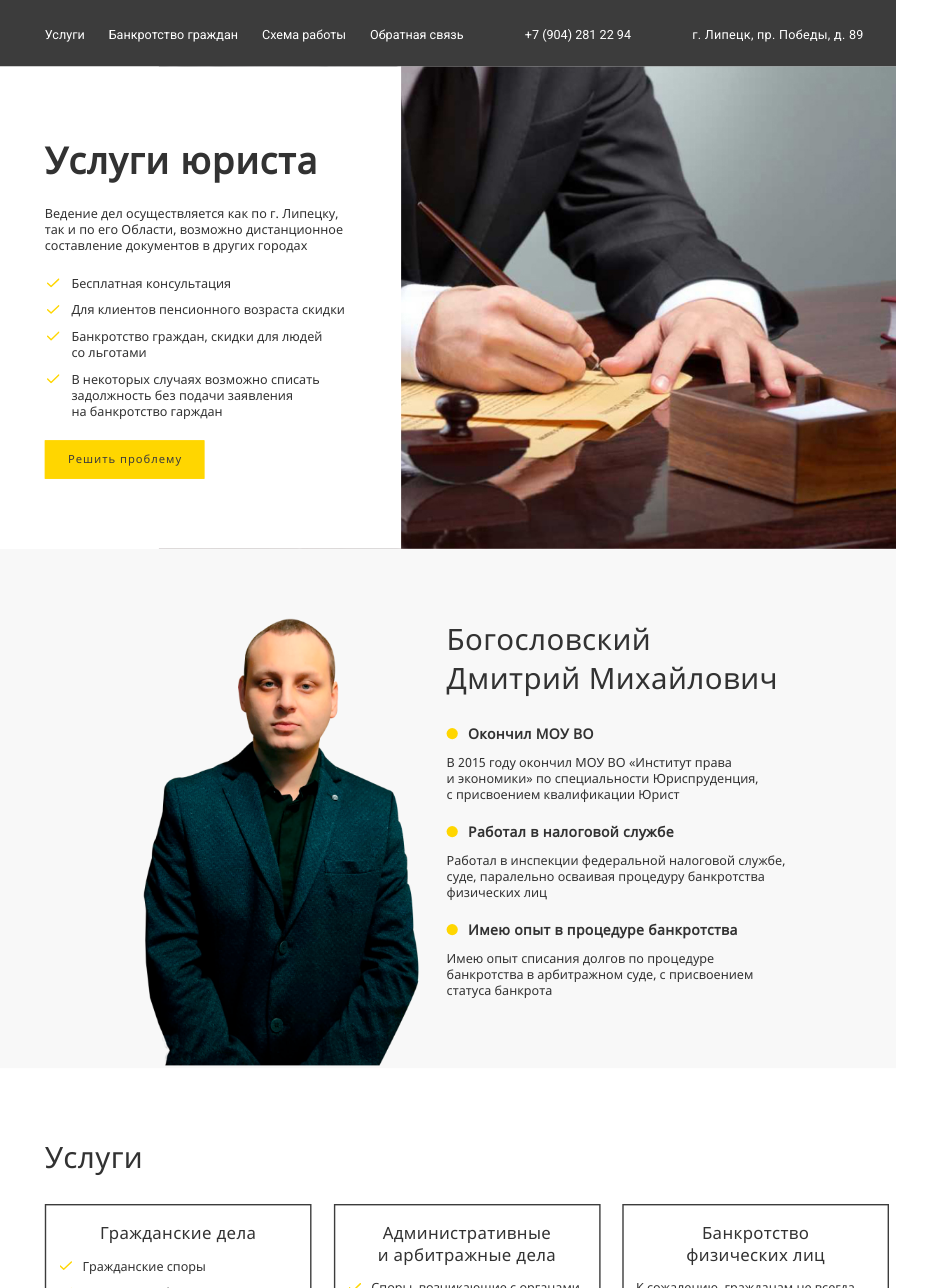
Repository: Nisovaki/antei
Page: http://localhost/
The author's editor kept a copy of each file at every save. The page is drawn from the files as they stood at one save, then again after the next save.
The browser window is 1280 px wide. The page is 1337 px wide, so the pictures cover 1337 px, including what lies to the right of the window. The pictures show the part of the page from y = 0 to 1840 px (the page is 6209 px tall before and 6197 px after), at 70% of full size.
The page is run by PHP 8.4 with error messages shown; the project is at /var/www/html/. Style sheets and scripts are compiled from the project's sources, by tool versions that may differ from the author's.

Above is the page before, as saved 2022-03-23 16:55:23.
Console error: SyntaxError: Invalid or unexpected token

### index.html
<!DOCTYPE html>
<html lang="ru">
<head>
	<meta charset="UTF-8">
	<meta http-equiv="X-UA-Compatible" content="IE=edge">
	<meta name="viewport" content="width=1440"/>
	<link rel="stylesheet" href="css/style.css">
	<link rel="preconnect" href="https://fonts.googleapis.com">
	<link rel="preconnect" href="https://fonts.gstatic.com" crossorigin>
	<link href="https://fonts.googleapis.com/css2?family=Roboto&display=swap" rel="stylesheet">
	<title>Услуги юриста</title>
</head>
<body>
	<navbar class="navbar">
		<div class="container">
			<div class="navbar-block">
				<ul class="navbar-list">
					<li class="navbar-item"><a href="#" class="navbar-link"><a href="#header-anchor">Услуги</a></li>
					<li class="navbar-item"><a href="#" class="navbar-link"><a href="#smash-anchor">Банкротство граждан</a></li>
					<li class="navbar-item"><a href="#" class="navbar-link"><a href="#scheme-anchor">Схема работы</a></li>
					<li class="navbar-item"><a href="#" class="navbar-link"><a href="#feedback-anchor">Обратная связь</a></li>
				</ul>
				<div class="navbar-tel"><a href="tel:+79042812294" class="navbar-link">+7 (904) 281 22 94</a></div>
				<div class="navbar-address">г. Липецк, пр. Победы, д. 89</div>
			</div>
   </div>
	</navbar>

	<header class="header" id="header-anchor">
		<div class="container">
			<div class="header-block">
				<h1 class="header-block__title">Услуги юриста</h1>
				<div class="header-block__text">
					Ведение дел осуществляется как по г. Липецку, так и по его Области, возможно дистанционное составление документов
					в других городах
				</div>

				<ul class="header-block__list">
					<li class="icons header-block__item"><span class="icons__check"> Бесплатная консультация</span></li>
					<li class="icons header-block__item"><span class="icons__check"> Для клиентов пенсионного возраста скидки</span></li>
					<li class="icons header-block__item"><span class="icons__check"> Банкротство граждан, скидки для людей со&nbsp;льготами</span></li>
					<li class="icons header-block__item"><span class="icons__check"> В некоторых случаях возможно списать задолжность без подачи заявления на&nbsp;банкротство гарждан</span></li>
				</ul>

				<button class="button header__button interactivity">Решить проблему</button>
			</div>
		</div>
	</header>

	<section class="biography">
		<div class="container">
			<div class="author">
				<div class="author-img">
					<img src="img/biography/author.png" alt="Фотография: Богословский Дмитрий Михайлович" class="biography-author">
				</div>
				<div class="author-block">
					<h2 class="title biography-title">Богословский Дмитрий Михайлович</h2>
					<div class="biography-block">
						<div class="biography-subtitle"><span class="biography-subtitle__elipse"></span> Окончил МОУ ВО</div>
						<div class="biography-text">В 2015 году окончил МОУ ВО «Институт правa<br>и экономики» по специальности Юриспруденция,<br> с
							присвоением квалификации Юрист</div>
						<div class="biography-subtitle"><span class="biography-subtitle__elipse"></span> Работал в налоговой службе</div>
						<div class="biography-text">Работал в инспекции федеральной налоговой службе, суде, паралельно осваивая процедуру
							банкротства физических лиц</div>
						<div class="biography-subtitle"><span class="biography-subtitle__elipse"></span> Имею опыт в процедуре банкротства
						</div>
						<div class="biography-text">Имею опыт списания долгов по процедуре банкротства в арбитражном суде, с присвоением
							статуса банкрота</div>
					</div>
				</div>
			</div>
		</div>
	</section>

	<section class="services">
		<div class="container">
			<h2 class="title services__title">Услуги</h2>
			<div class="services-block">
				<div class="services-block__item">
					<h3 class="services-block__title">Гражданские дела</h3>
					<ul class="services-block__list">
						<li class="icons services-block__cell">Гражданские споры</li>
						<li class="icons services-block__cell">Банкротство физических лиц</li>
						<li class="icons services-block__cell">Жилищные и трудовые споры</li>
						<li class="icons services-block__cell">Споры по кредитам частичное списание (индивидуально)</li>
						<li class="icons services-block__cell">Страховые вопросы</li>
						<li class="icons services-block__cell">Возмещение морального вреда, (составление претензий, жалоб, исковых заявлений, представительство в суде)</li>
					</ul>
				</div>

				<div class="services-block__item">
					<h3 class="services-block__title">Административные и&nbsp;арбитражные дела</h3>
					<ul class="services-block__list">
						<li class="icons services-block__cell">Споры, возникающие с органами испольнительной власти</li>
						<li class="icons services-block__cell">Досудебный порядок регулирования</li>
						<li class="icons services-block__cell">Составление претензий, жалоб, искового заявления</li>
						<li class="icons services-block__cell">Ознакомление с материалами дела</li>
						<li class="icons services-block__cell">Представительство в судах</li>
					</ul>
				</div>

				<div class="services-block__item">
					<h3 class="services-block__title">Банкротство физических лиц</h3>
					<p class="services-block__text">К сожалению, гражданам не всегда удаётся своевременно погасить образовавшиеся задолженности<br> по многим причинам — потеря<br>
					работы, заболевание, требующее срочного лечения и т.д., однако<br> выход есть всегда, это Банкротство физичсекого лица</p>
					<a href="#smash-anchor" class="services-block__link">Узнать подробнее
						<img src="img/services/arrow.svg" alt="стрелка" class="services-block__img-1">
						<img src="img/services/arrow.svg" alt="стрелка" class="services-block__img-2">
					</a>
				</div>
			</div>
			<div class="services__wrapper">
				<button class="button services__button interactivity">Обратиться за помощью</button>
			</div>
		</div>
	</section>

	<section class="algorithm">
		<div class="container">
			<div class="algorithm-block">
				<div class="algorithm-block__item-1">
					<h2 class="title algorithm-block__title">Наш алгоритм действий</h2>
					<ol class="algorithm-block__list">
						<li class="algorithm-block__cell algorithm-block__cell-color"><div class="algorithm-block__element"></div> Изучение дела</li>
						<li class="algorithm-block__cell"><div class="algorithm-block__element"></div> Выработка стратегии</li>
						<li class="algorithm-block__cell"><div class="algorithm-block__element"></div> Претензионная работа</li>
						<li class="algorithm-block__cell"><div class="algorithm-block__element"></div> Подготовка пиьменной позиции</li>
						<li class="algorithm-block__cell"><div class="algorithm-block__element"></div> Наложение обеспечительных мер</li>
						<li class="algorithm-block__cell"><div class="algorithm-block__element"></div> Сбор доказательств</li>
						<li class="algorithm-block__cell"><div class="algorithm-block__element"></div> Представление интересов клиента в суде</li>
						<li class="algorithm-block__cell"> В случае обжалования решения суда первой инстанции — подготовка апелляционной и&nbsp;кассационной жалобы</li>
					</ol>
				</div>
				<div class="algorithm-block__item-2"><img src="img/algorithm/algorithm-img.jpg" alt="img: algorithm-block__img" class="algorithm-block__img"></div>
			</div>
		</div>
	</section>

	<section class="smash"  id="smash-anchor">
		<div class="container">
			<h2 class="title smash__title">Банкротство граждан</h2>
			<p class="smash__text">Это прозрачный и законный способ списания долгов (кредитов, займов, микрозаймов, долговых расписок) для гражданина,
			который регулируется Федеральным законом «О несостоятельности (банкротстве)»<br> от 26.10.2002 N 127-ФЗ (последняя редакция)</p>

			<div class="smash-wrapper">
				<div class="smash-wrapper__item smash-wrapper__item--indent-1">
					<div class="smash-wrapper__num">1</div>
					<div class="smash-wrapper__title">Консультация</div>
					<div class="smash-wrapper__text">Квалифицированные специалисты с многолетним опытом, помогают клиенту соориентироваться необходима ли для него процедура
					банкротства, каковы плюсы и минусы, есть ли ограничения,<br>каков предполагаемый результат на стадии<br> анализа.
  					</div>
				</div>

				<div class="smash-arrow__right"><img src="img/smash/arrow_right.svg" alt="arrow_right"></div>

				<div class="smash-wrapper__item smash-wrapper__item--indent-2">
					<div class="smash-wrapper__num">2</div>
					<div class="smash-wrapper__title">Составление перечьня докуметов</div>
					<div class="smash-wrapper__text">Составление необходимого перечьня документов, при необходимости восстановления справок, договоров, для предоставления
					юристу, при составлении Заявление о признании должника несостоятельным (банкротом), с пошаговым объяснением клиенту, для
					чего тот или иной абзац.
					</div>
				</div>

				<div class="smash-arrow__bottom"><img src="img/smash/arrow_bottom .svg" alt="arrow_bottom"></div>

				<div class="smash-wrapper__item smash-wrapper__item--indent-3">
					<div class="smash-wrapper__num">3</div>
					<div class="smash-wrapper__title">Подача заявления</div>
					<div class="smash-wrapper__text">Подача заявления в Арбитражный суд и представительство его интересов в суде по<br> данному делу, процедура списания долгов,
					при которой можно вздохнуть спокойно и<br> наслаждаться жизнью.
					</div>
				</div>
			</div>
			<!-- /.smash-wrapper -->
		</div>
		<!-- /. container -->
	</section>

	<section class="scheme" id="scheme-anchor">
		<div class="container">
			<h2 class="title scheme__title">Схема работы</h2>
			<div class="scheme-wrapper">
				<div class="scheme-wrapper__item">
					<div class="scheme-wrapper--dotted-1"></div>
					<div class="scheme-wrapper__num scheme-wrapper__num--color">1</div>
					<p class="scheme-wrapper__text">Оставьте заявку <br>или позвоните по номеру телефона</p>
				</div>
				<!-- /.scheme-wrapper__item -->
				<div class="scheme-wrapper__item">
					<div class="scheme-wrapper--dotted-2"></div>
					<div class="scheme-wrapper__num scheme-wrapper__num-2">2</div>
					<p class="scheme-wrapper__text">Бесплатно изучаю <br>ваши документы</p>
				</div>
				<!-- /.scheme-wrapper__item -->
				<div class="scheme-wrapper__item">
					<div class="scheme-wrapper--dotted-3"></div>
					<div class="scheme-wrapper__num scheme-wrapper__num-3">3</div>
					<p class="scheme-wrapper__text">Оцениваю ситуацию<br> и называю стоимость услуг</p>
				</div>
				<!-- /.scheme-wrapper__item -->
				<div class="scheme-wrapper__item">
					<div class="scheme-wrapper__num scheme-wrapper__num-4">4</div>
					<p class="scheme-wrapper__text">Заключаем сотрудничество и решаем проблему</p>
				</div>
				<!-- /.scheme-wrapper__item -->
			</div>
			<!-- /.scheme-wrapper -->
			<button class="button scheme__button interactivity">Оставить заявку</button>
		</div>
		<!-- /.container -->
	</section>
	<!-- /.scheme -->

	<section class="feedback" id="feedback-anchor">
		<div class="container">
			<div class="feedback-block">
				<div class="feedback-block__title">Обратная связь</div>
				<form action="send.php" method="post" class="feedback-form">
					<div class="feedback-input">
						<input type="text" placeholder="Ваше имя" class="feedback__input" name="name">
						<input type="text" placeholder="Электронная почта" class="feedback__input" name="email">
					</div>
					<textarea name="message" placeholder="Ваше сообщение" class="feedback__message"></textarea>
					<div class="feedback__wrapper">
						<input type="file" name="file" type="file" name="file" id="input__file" multiple class="feedback__file">
						<label for="input__file" class="feedback__file-button">
							<span class="feedback__file-button-text">
								<img class="feedback__img" src="img/feedback/file.svg" alt="файл">
								Загрузить файлы
							</span>
						</label>
					</div>
					<div class="feedback__agreemet">
						<input type="checkbox" id="checkbox-id" required>
						<label for="checkbox-id" class="feedback-checkbox"></label>
						<span class="feedback__text">Даю согласие на обработку персональных данных</span>
					</div>
					<button class="feedback__button interactivity">Отправить</button>
				</form>
			</div>
		</div>
	</section>

	<footer class="footer">
		<div class="footer-wrapper">
			<div class="footer-contacts">
				<h2 class="title footer__title">Контакты</h2>
				<div class="footer-contacts__item">
					<h3 class="footer-contacts__subtitle footer-contacts__subtitle--ml-1"><img src="img/footer/phone.svg" alt="icon: тефон" class="footer-contacts__icon-1">Номер телефона</h3>
					<a href="tel:+79042812294" class="footer-contacts__phone footer-contacts__phone--ml1">+7 (904) 281 22 94</a>
					<a href="tel:+79042812293" class="footer-contacts__phone footer-contacts__phone--ml2">+7 (904) 281 22 93</a>
					<div class="footer-contacts__block">
						<a href="#" target="_blank"><img src="img/footer/viber.svg" alt="icon: viber" class="footer-contacts__icon"></a>
						<a href="#" target="_blank"><img src="img/footer/watsapp.svg" alt="icon: watsapp" class="footer-contacts__icon"></a>
						<a href="#" target="_blank"><img src="img/footer/telegram.svg" alt="icon: telegram" class="footer-contacts__icon"></a>
					</div>
					<p class="footer-contacts__subtitle footer-contacts__subtitle--ml-2"><img src="img/footer/email.svg" alt="icon: email" class="footer-contacts__icon-2"> Электронная почта</p>
					<a href="mailto:adp48ru@mail.ru" class="footer-contacts__email">adp48ru@mail.ru</a>
					<h3 class="footer-contacts__subtitle footer-contacts__subtitle--ml-3 "><img src="img/footer/map.svg" alt="icon: адрес" class="footer-contacts__icon-3"> Адрес</h3>
					<p class="footer-contacts__text">г. Липецк, пр. Победы, д. 89, 2 этаж</p>
					<h3 class="footer-contacts__subtitle footer-contacts__subtitle--ml-4"><img src="img/footer/clock.svg" alt="icon: режим работы" class="footer-contacts__icon-4"> Часы работы</h3>
					<p class="footer-contacts__text">Будни с 09:00 до17:00, выходные с&nbsp;09:00 до 13:00 по записи</p>
				</div>
			</div>

			<div class="footer-map">
				<iframe
					src="https://yandex.ru/map-widget/v1/?um=constructor%3Af049fa27f5f24e2f09769be59e69710d96a1829caa47af4777a505bc581019e6&amp;source=constructor"
					width="100%" height="100%" frameborder="0"></iframe>
			</div>
		</div>


			<div class="footer-law">
				<div class="container">
					<p class="footer-law__text">© Все права защищены</p>
				</div>
			</div>
	</footer>

	<script src="js/jquery-3.6.0.min.js"></script>
	<script src="js/main.js"></script>
</body>
</html>

### sass/style.sass
@import "_normalize.scss"
@import "_variables.sass"
@import "_settings.sass"
@import "_fonts.scss"
@import "block/_navbar.sass"
@import "block/_header.sass"
@import "block/_biography.sass"
@import "block/_services.sass"
@import "block/_algorithm.sass"
@import "block/_smash.sass"
@import "block/_feedback.sass"
@import "block/_footer.sass"
@import "block/_scheme.sass"

### sass/_variables.sass
$dark: #3C3C3C
$light: #FFFFFF
$txt-color: #323232
$btn-color: #FFD600
$fon-color: #F8F8F8
$dashed-color: #BABABA

### sass/_settings.sass
*
	box-sizing: border-box
body
	font-family: "Noto Sans", sans-serif
	font-weight: 400
	color: $txt-color
img
	max-width: 100%
.container
	max-width: 1320px
	margin: auto
.icons
	list-style-image: url(../img/header/Vector.svg)
	&__check
		position: relative
		left: 10px
.button
	background-color: $btn-color
	border: 2px solid $btn-color
	cursor: pointer
.title
	font-weight: 500
	font-size: 42px
	line-height: 130%
input[type="checkbox"]
	display: none
a
	text-decoration: none
	color: inherit

.interactivity
	display: inline-block
	color: $dark
	transition: all .8s
	position: relative
	overflow: hidden
	z-index: 1
	&:after
		content: ''
		position: absolute
		bottom: 0
		left: 0
		width: 100%
		height: 100%
		background-color: $btn-color
		z-index: -2
	&:before
		content: ''
		position: absolute
		bottom: 0
		left: 0
		width: 0%
		height: 100%
		background-color: darken($dark, 15%)
		transition: all .8s
		z-index: -1
	&:hover
		color: $btn-color
		&:before
			width: 100%
	&:active
		top: 2px

### sass/_fonts.scss
@font-face {
  font-family: "Noto Sans bold";
  src: url("../fonts/NotoSans-Bold.woff2") format("woff2"),
    url("../fonts/NotoSans-Bold.woff") format("woff");
  font-weight: bold;
  font-style: normal;
  font-display: swap;
}

@font-face {
  font-family: "Noto Sans";
  src: url("../fonts/NotoSans.woff2") format("woff2"),
    url("../fonts/NotoSans.woff") format("woff");
  font-weight: normal;
  font-style: normal;
  font-display: swap;
}

### sass/block/_navbar.sass
.navbar
	display: block
	font-family: 'Roboto', sans-serif
	background-color: $dark
	color: $light
	padding: 37px 0 35px 0
	font-size: 18px
	line-height: 130%
	&-block
		display: flex
		justify-content: space-between
		margin-left: 5%
	&-list
		display: flex
		justify-content: space-between
		align-items: center
		margin: 0
		padding: 0
		flex-basis: 49.2%
	&-item
		list-style: none
	&-link
		color: inherit
		text-decoration: none
	&-address
		margin-right: 3.8%
		letter-spacing: 0.4px

### sass/block/_header.sass
.header
	padding: 100px 0
	background: url(../img/header/fon-img.jpg)
	background-repeat: no-repeat
	background-size: contain
	background-position: center right
	position: relative
	&::before
		content: ''
		width: 44.8%
		height: 100%
		position: absolute
		top: 0
		left: 0
		background-color: #ffffff
	&-block
		width: 45%
		position: relative
		margin-right: 50px
		margin-left: 5%
		&__list
			margin: 0
			padding: 0
			padding-left: 28px
		&__text
			width: 430px
			font-size: 18px
			line-height: 129%
			margin-bottom: 30px
		&__item
			margin-bottom: 15px
			width: 405px
			font-size: 18px
			line-height: 128%
		&__title
			font-weight: 600
			font-size: 52px
			line-height: 130%
			margin: 0
			margin-bottom: 30px
			letter-spacing: 1.5px
	&__button
		margin-top: 15px
		padding: 16px 30px 17px 31px
		letter-spacing: 1.4px

### sass/block/_biography.sass
.biography
	padding-top: 100px
	background-color: $fon-color
	&-title
		letter-spacing: 0.6px
		width: 475px
		margin: 0
		margin-bottom: 40px
		margin-top: 2px
	&-subtitle
		font-weight: 600
		font-size: 20px
		line-height: 130%
		margin-bottom: 15px
		letter-spacing: 0.5px
		&__elipse
			display: inline-block
			width: 16px
			height: 16px
			background-color: $btn-color
			border-radius: 50%
			margin-right: 9px
	&-text
		font-size: 18px
		line-height: 128%
		width: 487px
		margin-bottom: 30px
.author
	display: flex
	justify-content: flex-end
	&-img
		flex-basis: 49.5%
		margin-left: 184px
	&-block
		flex-basis: 70%

### sass/block/_algorithm.sass
.algorithm
    padding: 100px 0 70px 0
    background-color: $fon-color
    &-block
        display: flex
        position: relative
        &__item-1
            width: 515px
            margin-left: 12.8%
        &__title
            width: 382px
            display: inline-block
            margin: 0
            margin-bottom: 40px
            letter-spacing: 0.5px
        &__cell-color
            &::before
                background-color: $btn-color
        &__element
            position: absolute
            top: 33px
            left: 17px
            width: 0px
            height: 34px
            border: 1px dashed $dashed-color
        &__img
            max-width: inherit
ol
    list-style: none
    width: 445px
    font-size: 17px
    font-weight: 400
    padding: 0
    margin: 0
    li
        counter-increment: num
        margin: 0
        padding: 7px 0 35px 44px
        position: relative
        line-height: 125%
        letter-spacing: 0.5px
        &::marker
            display: none
        &::before
            content: counter(num)
            display: inline-block
            position: absolute
            top: 0
            left: 0
            background: #fff
            color: $dark
            text-align: center
            font-size: 18px
            padding: 6px 10px 3px 10px
            border: 1px solid $btn-color
            border-radius: 50%

### sass/block/_smash.sass
.smash
    position: relative
    padding-top: 340px
    padding-bottom: 325px
    &__title
        margin: 0
        margin-bottom: 40px
        width: 382px
        letter-spacing: 0.5px
        margin-left: 5%
    &__text
        width: 485px
        font-style: normal
        font-weight: 400
        font-size: 18px
        line-height: 128%
        margin-left: 5%
    &-wrapper
        &__item
            position: relative
            width: 485px
            border: 2px solid $dark
            padding: 22px 13px 22px 19px
            &--indent-1
                position: absolute
                top: 98px
                right: 354px
            &--indent-2
                position: absolute
                right: 148px
                top: 367px
            &--indent-3
                position: absolute
                top: 636px
                right: 354px
        &__num
            position: absolute
            top: -19px
            left: -19px
            background-color: $btn-color
            border-radius: 50%
            padding: 5px 12px 5px 12px
            font-size: 18px
            line-height: 130%
            font-family: "Noto Sans"
        &__title
            font-weight: bold
            font-size: 20px
            line-height: 130%
            margin-bottom: 20px
            letter-spacing: -0.5px
        &__text
            width: 450px
            font-size: 17px
            line-height: 137%
            font-weight: 400
            letter-spacing: 0.2px
    &-arrow
        &__right
            position: absolute
            top: 113px
            right: 634px
        &__bottom
            position: absolute
            top: 521px
            right: 632px
            z-index: 1

Loaded but not shown: sass/_normalize.scss (common file); js/jquery-3.6.0.min.js (library); img/smash/arrow_right.svg (3 lines, source omitted); img/smash/arrow_bottom .svg (3 lines, source omitted); img/footer/viber.svg (4 lines, source omitted); img/footer/email.svg (11 lines, source omitted); img/footer/clock.svg (4 lines, source omitted); img/footer/map.svg (4 lines, source omitted); img/footer/phone.svg (3 lines, source omitted); img/footer/watsapp.svg (4 lines, source omitted); img/footer/telegram.svg (45 lines, source omitted); img/feedback/file.svg (3 lines, source omitted); img/header/Vector.svg (3 lines, source omitted); img/services/arrow.svg (3 lines, source omitted); js/main.js (15 lines, source omitted); sass/block/_feedback.sass (137 lines, source omitted); sass/block/_footer.sass (112 lines, source omitted); sass/block/_scheme.sass (69 lines, source omitted); sass/block/_services.sass (69 lines, source omitted)

After the next save:
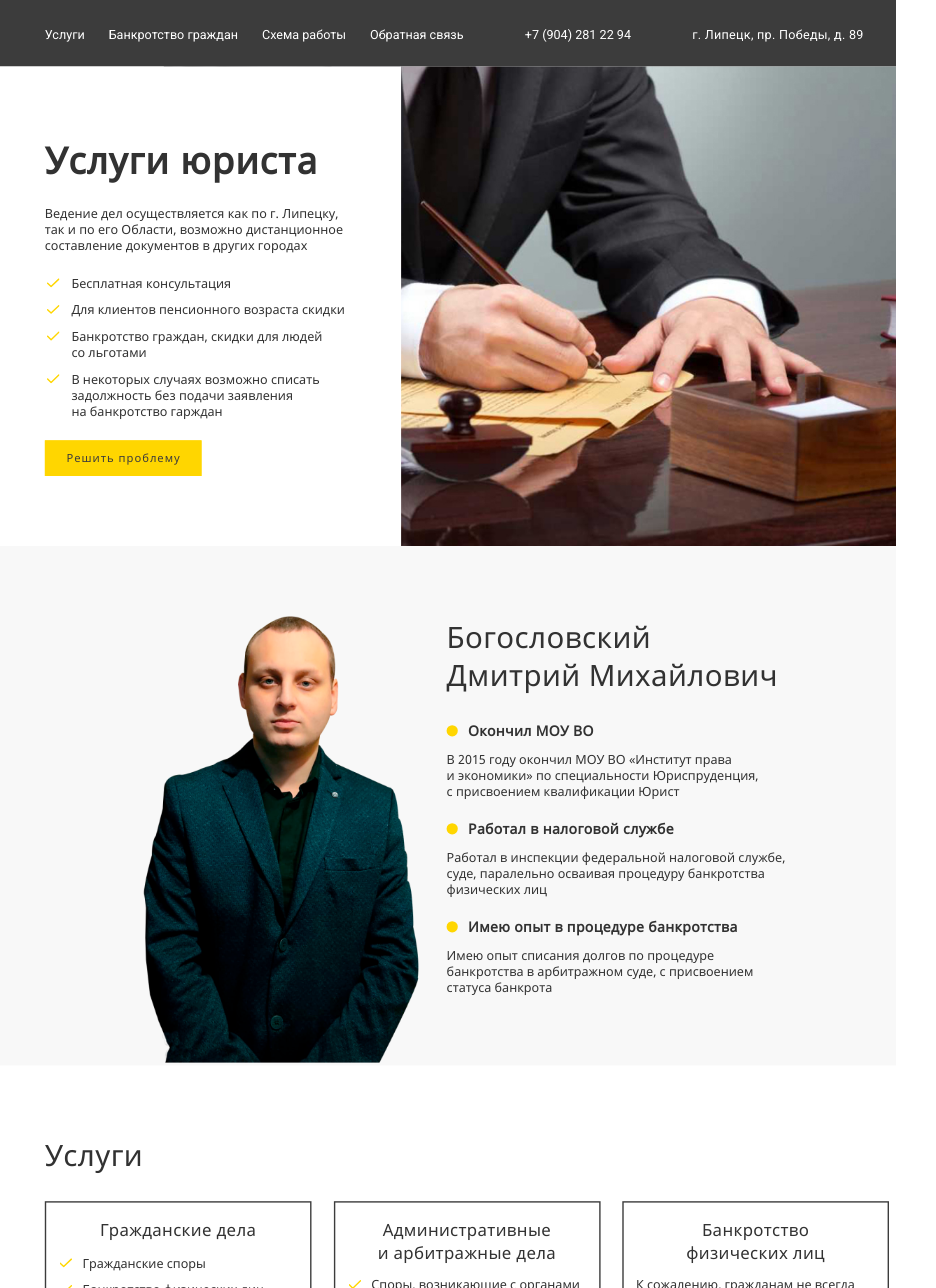
Saved 4 s later.
--- a/sass/_settings.sass
+++ b/sass/_settings.sass
@@ -16,7 +16,7 @@ img
 		left: 10px
 .button
 	background-color: $btn-color
-	border: 2px solid $btn-color
+	border: 0
 	cursor: pointer
 .title
 	font-weight: 500
